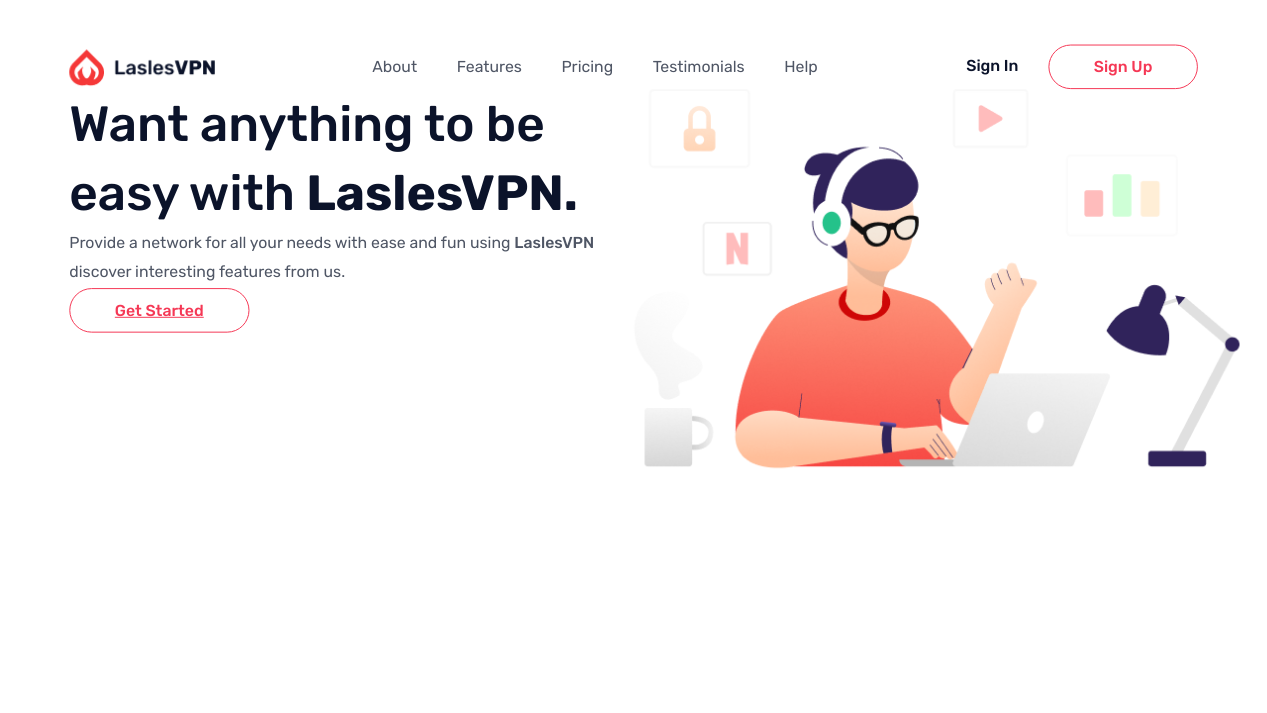
Repository: nafiesallahu/beetroot-fe-g1
Page: Homework10/index.html
An editor plug-in stored every save of this project. The page is shown before and after the next save, followed by the edit.
The browser window is 1280 px wide. The pictures show the whole page, at 99% of full size.

Above is the page before, as saved 2021-01-27 19:26:38.

### Homework10/index.html
<!DOCTYPE html>
<html lang="en">

<head>
  <meta charset="UTF-8">
  <meta name="viewport" content="width=device-width, initial-scale=1.0">
  <title>Lasless VPN</title>
  <link rel="preconnect" href="https://fonts.gstatic.com">
  <link href="https://fonts.googleapis.com/css2?family=Rubik:ital,wght@0,400;0,500;0,700;1,400;1,500;1,700&display=swap" rel="stylesheet">
  <link rel="stylesheet" href="./styles/style.css">
</head>

<body>
  <header class="main-header">
    <div class="container">
      <a href="index.html" class="logo">
        <img src="images/Logo.png" alt="LaslesVPN">
      </a>
      <nav class="main-nav">
        <ul>
          <li><a href="#">About</a></li>
          <li><a href="#">Features</a></li>
          <li><a href="#">Pricing</a></li>
          <li><a href="#">Testimonials</a></li>
          <li><a href="#">Help</a></li>
        </ul>
        <div class="nav-buttons">
          <a href="#" class="btn btn--link">Sign In</a>
          <a href="#" class="btn">Sign Up</a>
        </div>
      </nav>
    </div>
  </header>
  <main class="main-content">
    <section class="hero">
      <div class="container">
        <div class="hero__text">
          <h1>Want anything to be easy with <span>LaslesVPN.</span></h1>
          <p>Provide a network for all your needs with ease and fun using <span>LaslesVPN</span> discover interesting features from us.</p>
          <a href="#" class="btn">Get Started</a>
        </div>
        <div class="hero__image">
          <img src="images/illustration_1.png" alt="illustration_1.png">
        </div>
      </div>
    </section>
  </main>
</body>

</html>

### Homework10/styles/style.css
/* http://meyerweb.com/eric/tools/css/reset/
   v2.0 | 20110126
   License: none (public domain)
*/

html, body, div, span, applet, object, iframe,
h1, h2, h3, h4, h5, h6, p, blockquote, pre,
a, abbr, acronym, address, big, cite, code,
del, dfn, em, img, ins, kbd, q, s, samp,
small, strike, strong, sub, sup, tt, var,
b, u, i, center,
dl, dt, dd, ol, ul, li,
fieldset, form, label, legend,
table, caption, tbody, tfoot, thead, tr, th, td,
article, aside, canvas, details, embed,
figure, figcaption, footer, header, hgroup,
menu, nav, output, ruby, section, summary,
time, mark, audio, video {
	margin: 0;
	padding: 0;
	border: 0;
	font-size: 100%;
	font: inherit;
	vertical-align: baseline;
}
/* HTML5 display-role reset for older browsers */
article, aside, details, figcaption, figure,
footer, header, hgroup, menu, nav, section {
	display: block;
}
body {
	line-height: 1;
}
ol, ul {
	list-style: none;
}
blockquote, q {
	quotes: none;
}
blockquote:before, blockquote:after,
q:before, q:after {
	content: '';
	content: none;
}
table {
	border-collapse: collapse;
	border-spacing: 0;
}

/* ========================================================== */

* {
  box-sizing: border-box;
}

body {
  font-family: 'Rubik', sans-serif;
}
.main-header {
  padding-top: 45px;
  padding-bottom: 45px;
}
.container {
  width: 100%;
  max-width: 1140px;
  margin:0 auto;
}
.main-nav a {
  text-decoration: none;
}
.main-nav ul {
  float: left;
  margin-left: 157px;
  padding-top: 13px;
}
.main-nav ul li {
  margin-right: 40px;
  float: left;
}
.main-nav ul li a{
  font-size: 16px;
  line-height: 19px;
  color: #4F5665;
}
.logo {
  float: left;
  margin-top:5px;
}
.nav-buttons {
  float: right;
}
.btn {
  color: #F53855;
  font-size: 16px;
  padding-left: 45px;
  padding-right: 45px;
  height: 45px;
  line-height: 43px;
  border: 1px solid #F53855;
  float: left;
  border-radius: 50px;
  font-weight: 500;
}
.btn--link {
  padding-left: 0;
  padding-right: 0;
  border:0;
  margin-right:30px;
  color: #0B132A;
}

/* HERO */
.hero {
  float: left;
  width: 100%;
}
.hero__text {
  float: left;
  width:50%;
}
.hero__image {
  float: left;
  width:50%;
}

.hero__text h1 {
  font-weight: 500;
  font-size: 50px;
  line-height: 70px;
  color: #0B132A;
}
.hero__text p {
  font-size: 16px;
  color: #4F5665;
  line-height: 1.9em;
}
.hero__text h1 span {
  font-weight: bold;
}
.hero__text p span {
  font-weight: 500;
}

After the next save:
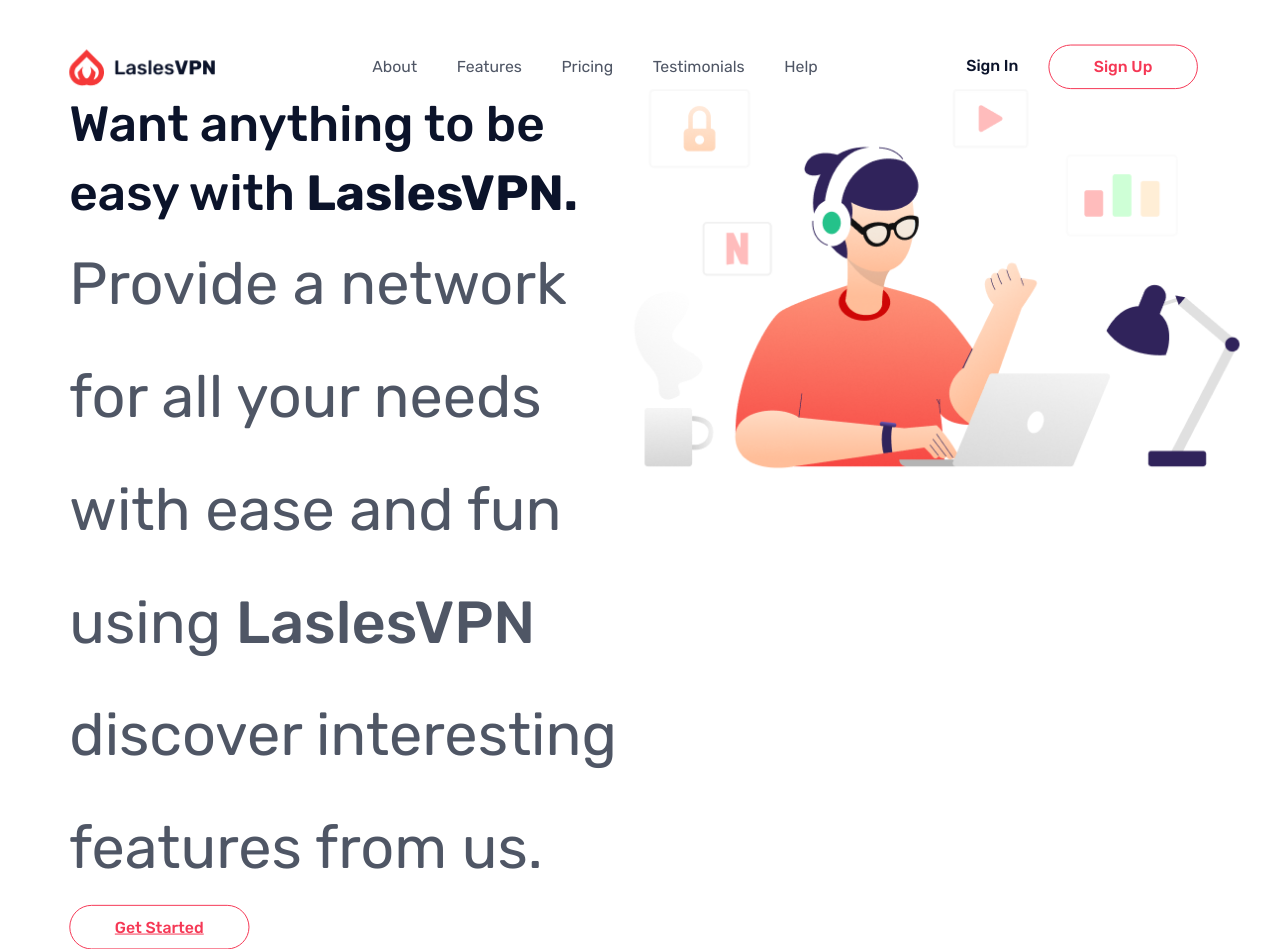
Saved 7 s later.
--- a/Homework10/styles/style.css
+++ b/Homework10/styles/style.css
@@ -130,7 +130,7 @@
   color: #0B132A;
 }
 .hero__text p {
-  font-size: 16px;
+  font-size: 60px;
   color: #4F5665;
   line-height: 1.9em;
 }

After the save that followed:
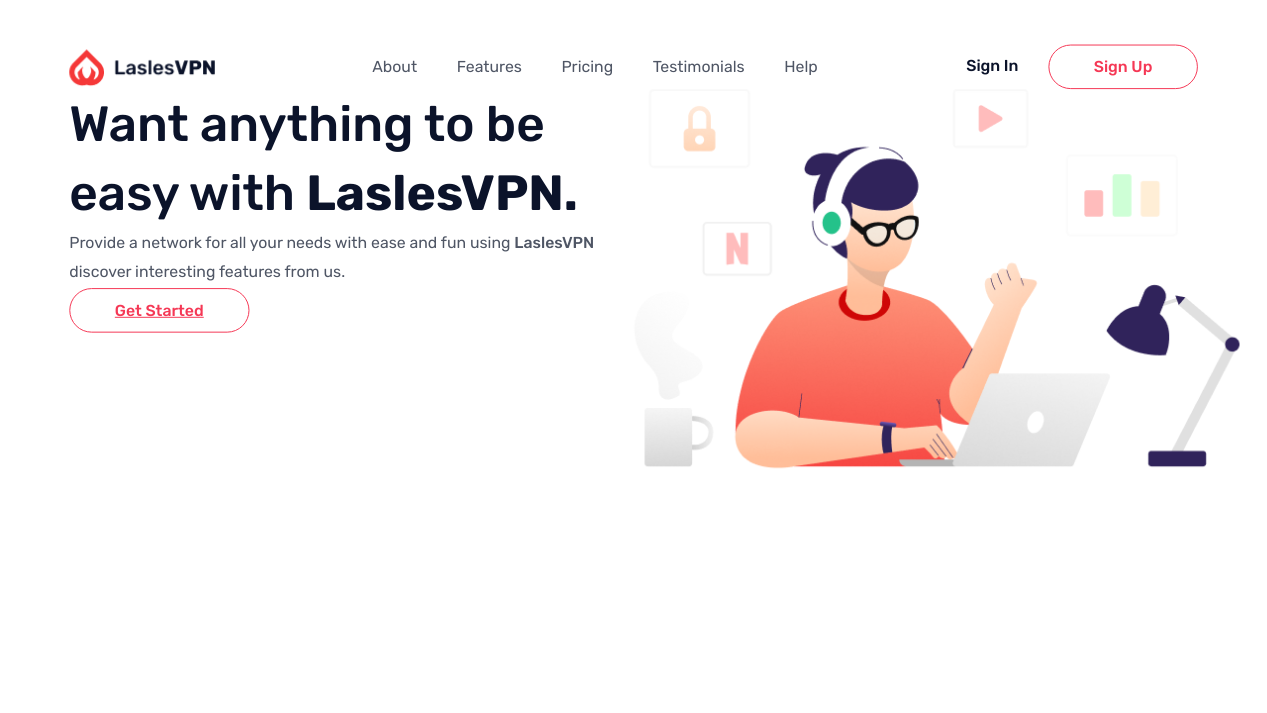
Saved 11 s later.
--- a/Homework10/styles/style.css
+++ b/Homework10/styles/style.css
@@ -130,7 +130,7 @@
   color: #0B132A;
 }
 .hero__text p {
-  font-size: 60px;
+  font-size: 16px;
   color: #4F5665;
   line-height: 1.9em;
 }
